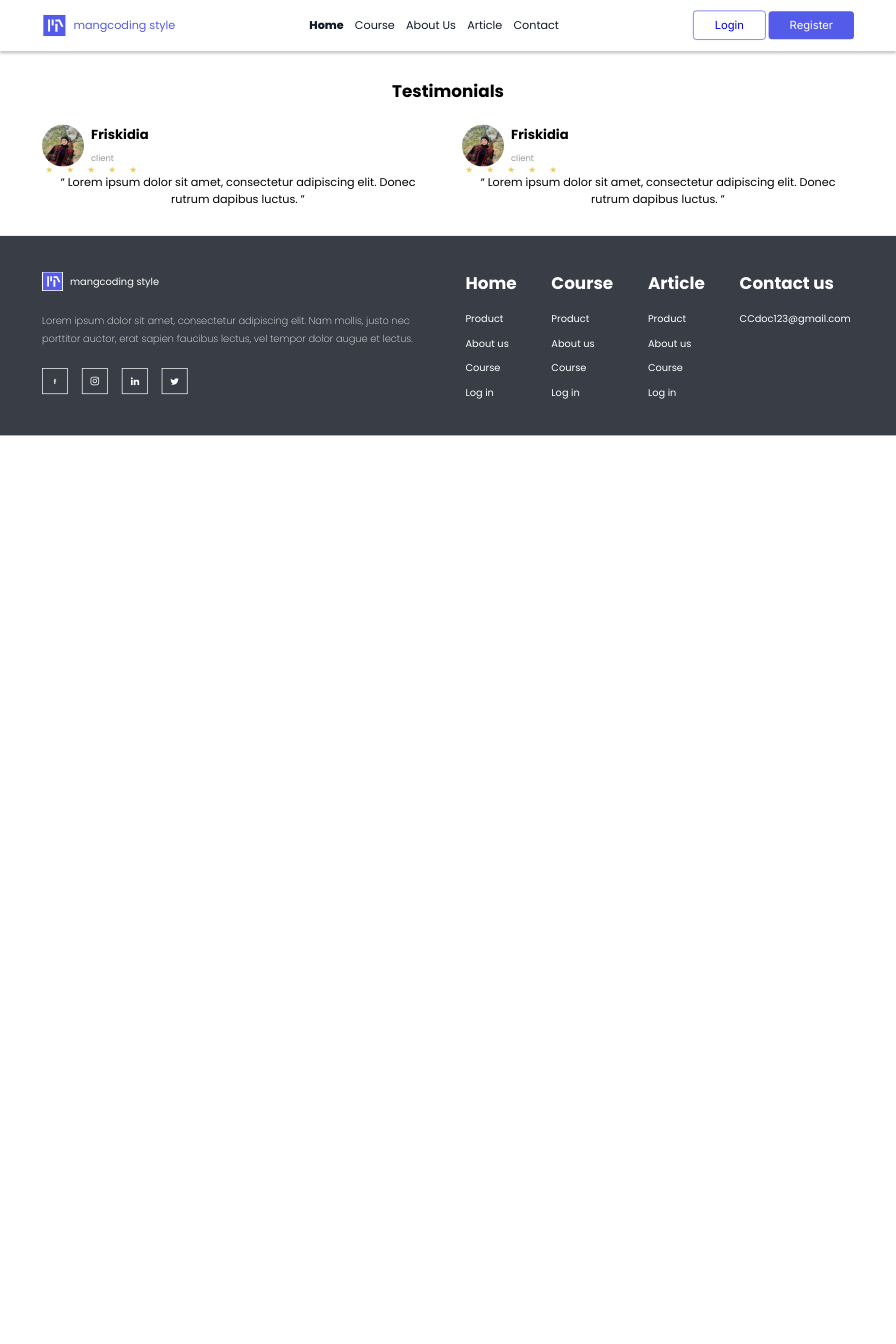
Repository: Dania-Alqam/landing-page
Page: index.html
An editor plug-in stored every save of this project. The page is shown before and after the next save, followed by the edit.
The browser window is 1280 px wide. The pictures show the part of the page from y = 0 to 1920 px (the page is 5000 px tall), at 70% of full size.

Above is the page before, as saved 2024-06-22 16:33:07.

After the next save:
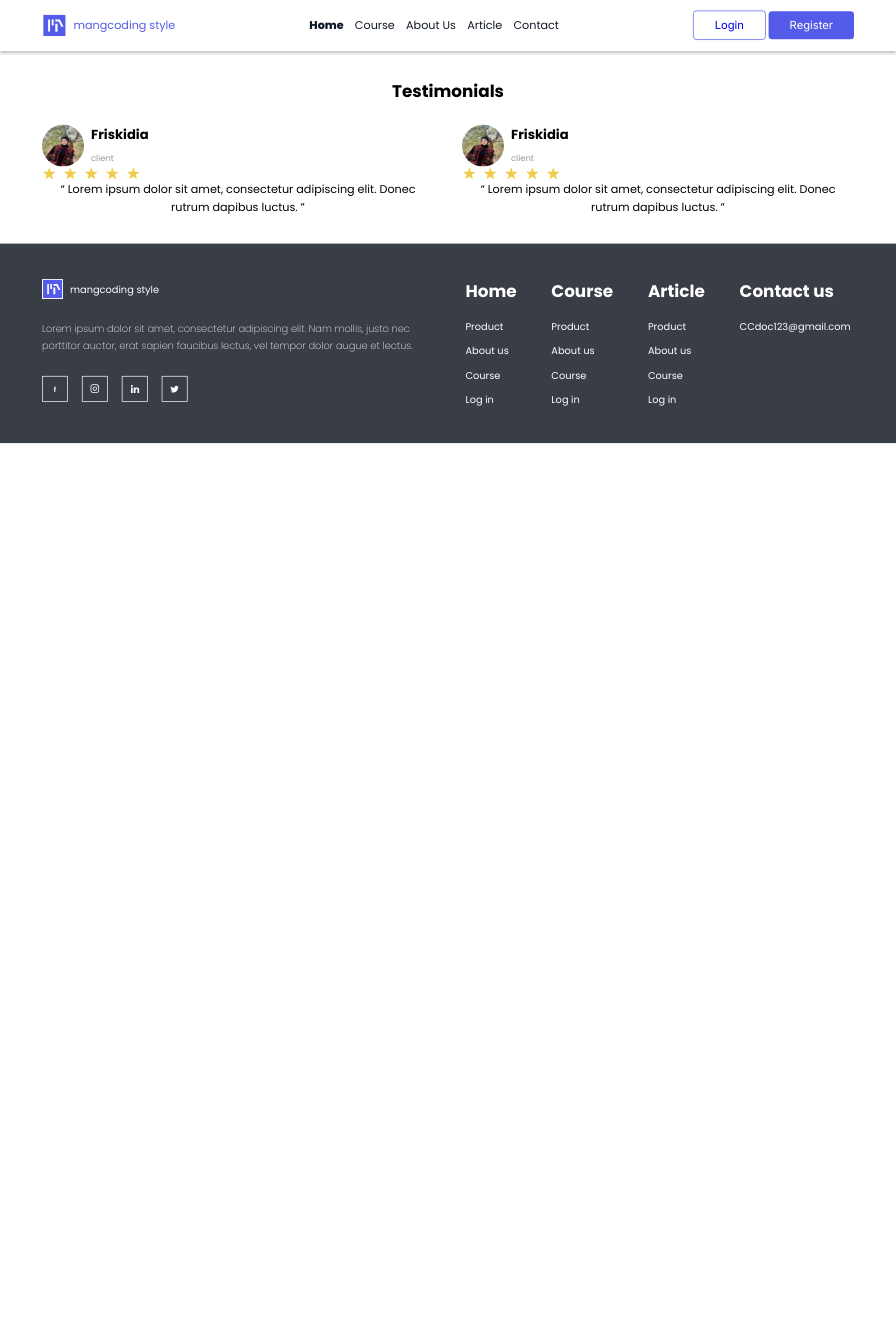
Saved 9 s later.
--- a/assests/images/public/Star.svg
+++ b/assests/images/public/Star.svg
@@ -1,3 +1,3 @@
-<svg width="20" height="9" viewBox="0 0 10 9" fill="none" xmlns="http://www.w3.org/2000/svg">
+<svg width="20" height="20" viewBox="0 0 10 9" fill="none" xmlns="http://www.w3.org/2000/svg">
 <path d="M5.00313 0.422667C5.06478 0.232942 5.33319 0.232942 5.39483 0.422668L6.26237 3.09266C6.28994 3.17751 6.36901 3.23496 6.45822 3.23496H9.26562C9.46511 3.23496 9.54805 3.49023 9.38666 3.60749L7.11543 5.25764C7.04325 5.31007 7.01305 5.40302 7.04062 5.48787L7.90815 8.15787C7.9698 8.34759 7.75265 8.50536 7.59126 8.3881L5.32003 6.73796C5.24785 6.68552 5.15012 6.68552 5.07794 6.73796L2.80671 8.3881C2.64532 8.50536 2.42817 8.34759 2.48981 8.15787L3.35735 5.48787C3.38492 5.40302 3.35472 5.31007 3.28254 5.25764L1.01131 3.60749C0.849916 3.49023 0.93286 3.23496 1.13235 3.23496H3.93975C4.02896 3.23496 4.10803 3.17751 4.1356 3.09266L5.00313 0.422667Z" fill="#F1CC4A"/>
 </svg>
